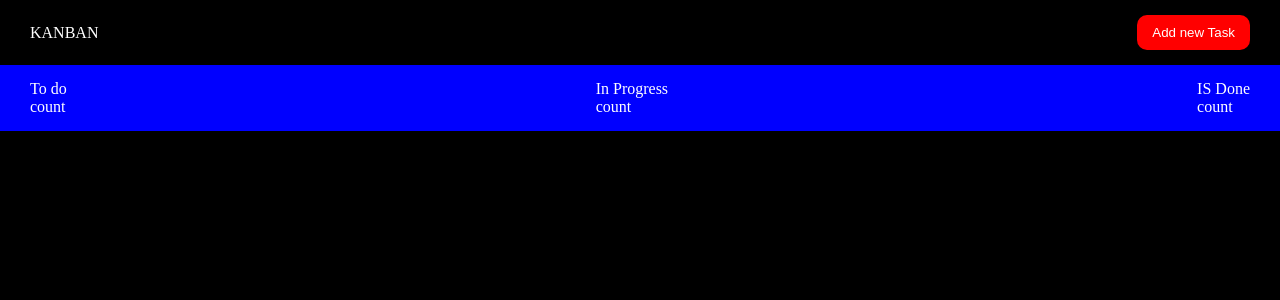
Repository: Sandeepji-5/Kanban-board
Page: index.html
The author's editor kept a copy of each file at every save. The page is drawn from the files as they stood at one save, then again after the next save.
The browser window is 1280 px wide. The pictures show the whole page.

Above is the page before, as saved 2025-12-08 18:11:50.

After the next save:
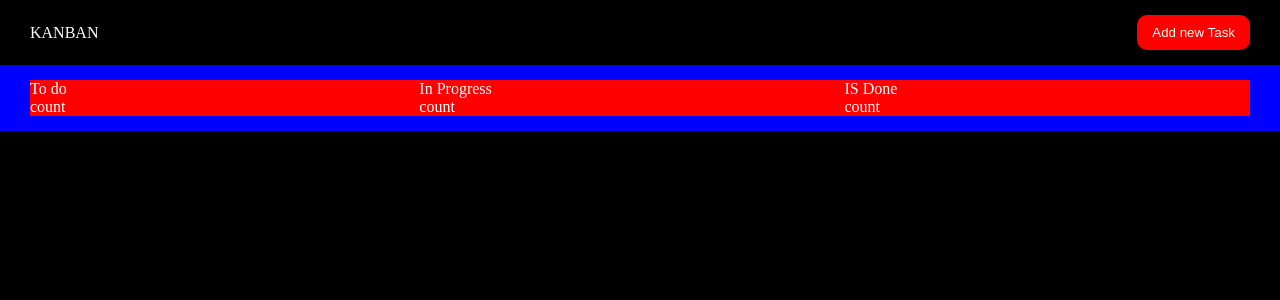
Saved 13 s later.
--- a/style.css
+++ b/style.css
@@ -78,7 +78,7 @@ section{
     background-color: blue;
 
 }
-section .timelumn{
+section .time-column{
 background-color: red;
 flex-grow: 1;
 }
